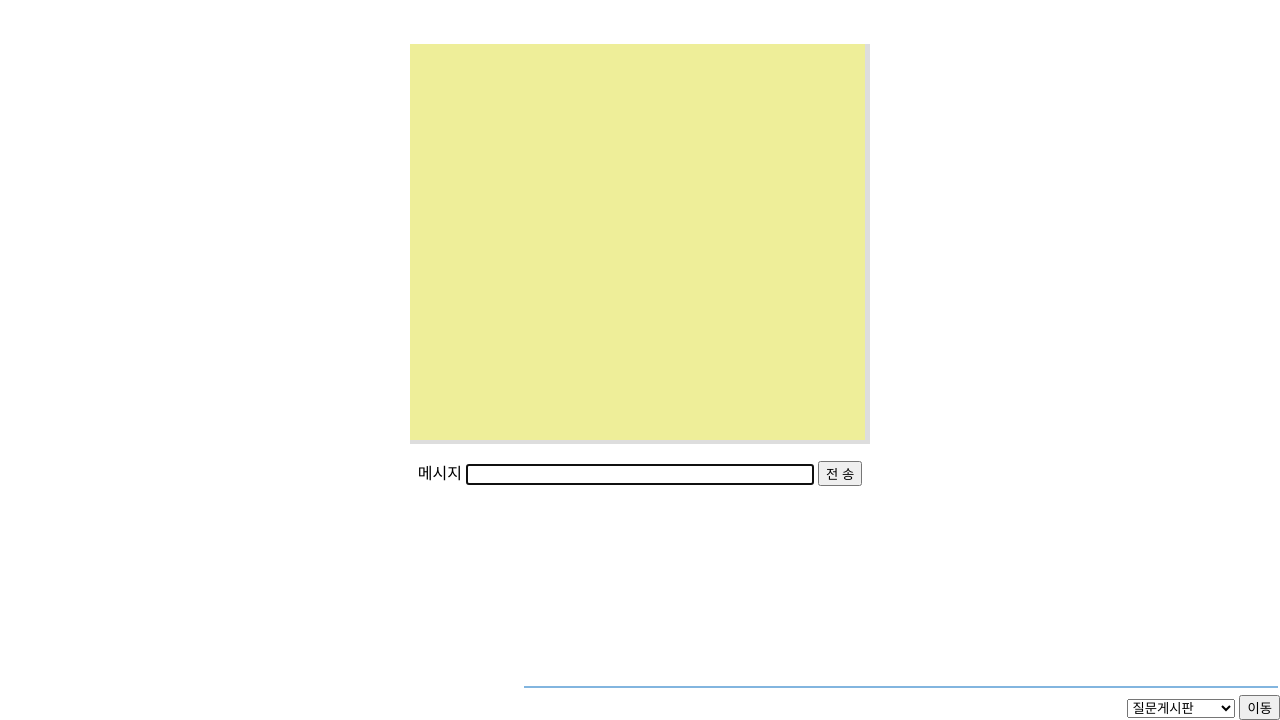
Repository: kalmia26/Capstone
Page: LectureSystem/WebContent/chat_client.html
These files come from the project's save history. The page is drawn as it stood at one moment and after the next save; the edit follows.
The browser window is 1280 px wide. The pictures show the whole page.

Above is the page before, as saved 2017-05-24 01:40:56.

After the next save:
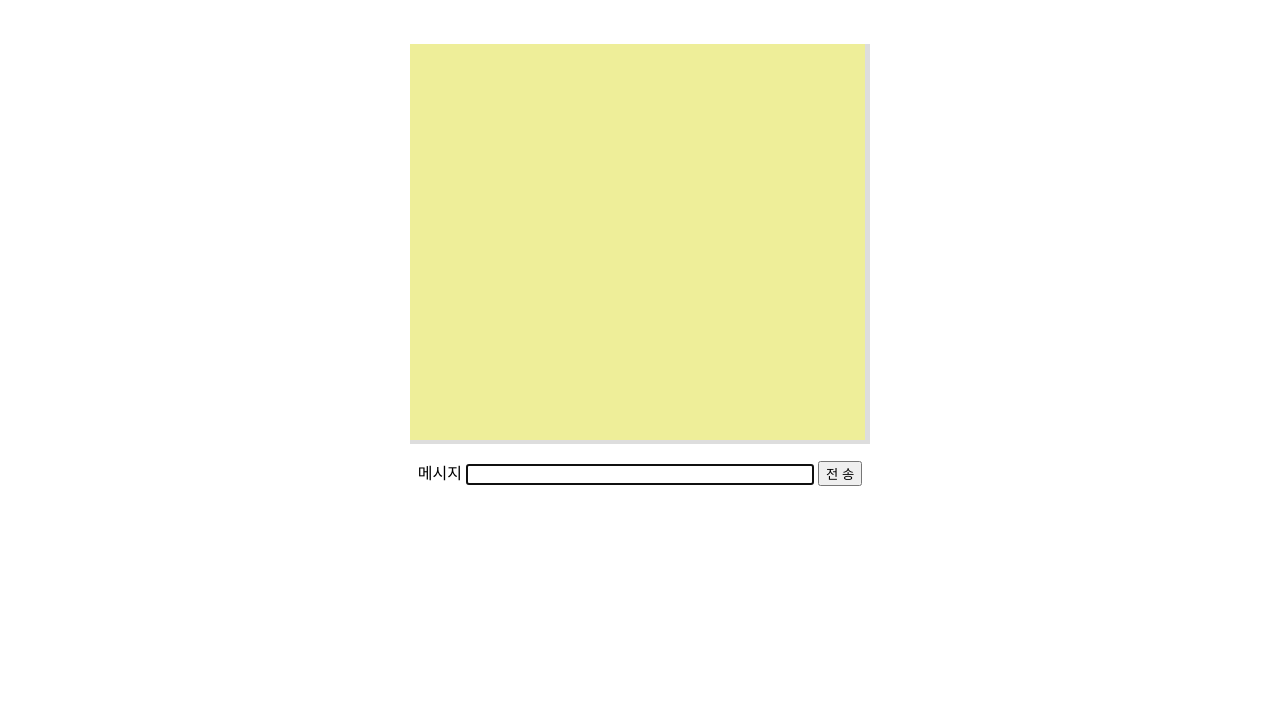
Saved 3 s later.
--- a/LectureSystem/WebContent/chat_client.html
+++ b/LectureSystem/WebContent/chat_client.html
@@ -118,36 +118,6 @@ function sendResultHandler(){
   </form>
  </div>
  </center>
- <div style="position:absolute; right:0px; bottom:0px;">
-<table>
-	<tr height="1" bgcolor="#82B5DF">
-		<td colspan="6" width="752"></td>
-	</tr>
- </table>
 
-
-
-<table width="100%" cellpadding="0" cellspacing="0" border="0">
-  <tr><td colspan="4" height="5"></td></tr>
-  <tr align="right">
-
-   <td>
-<form action="selectMove.jsp" method="post" >
-
-		<select name="List">
-    	  <option value="1">질문게시판</option>
-          <option value="2">자료공유게시판</option>
-          <option value="3">과제게시판</option>
-          <option value="4">설정</option>
-		</select>
-
-		<input type="submit" value="이동">
-
-		</form>
-	</td>
-
-  </tr>
-	</table>
- </div>
 </body>
  </html>
